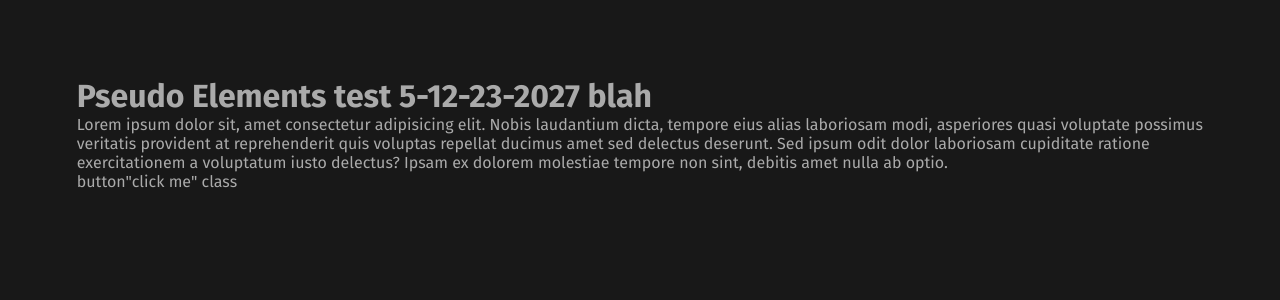
Repository: randy918/grandmaster-js-513
Page: index.html
An editor plug-in stored every save of this project. The page is shown before and after a run of saves, followed by the edit.
The browser window is 1280 px wide. The pictures show the whole page.
The style sheet was rebuilt from its Sass, Less or Tailwind sources for each picture, by a compiler version that may differ from the author's.

Above is the page before, as saved 2023-05-13 12:00:06.

After the next 4 saves:
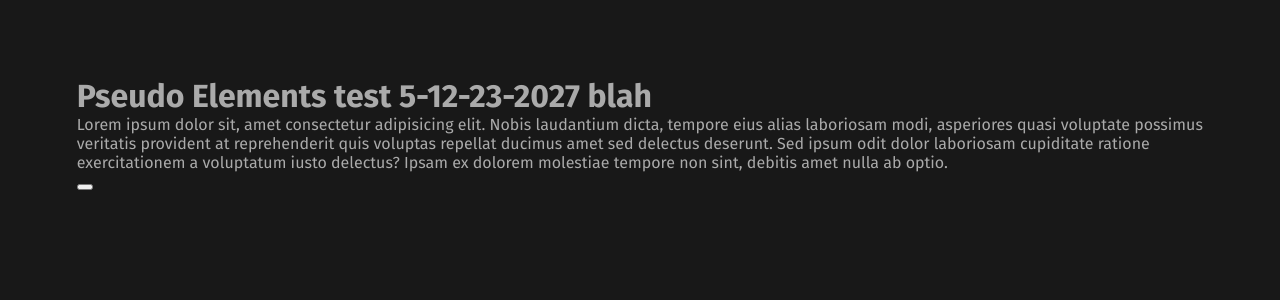
The 4 saves are shown as one change because they came seconds apart.
The last was saved 10 s later.
--- a/index.html
+++ b/index.html
@@ -12,7 +12,7 @@
     <h1 class="heading">Pseudo Elements test 5-12-23-2027 </h1>
    <p>Lorem ipsum dolor sit, amet consectetur adipisicing elit. Nobis laudantium dicta, tempore eius alias laboriosam modi, asperiores quasi voluptate possimus veritatis provident at reprehenderit quis voluptas repellat ducimus amet sed delectus deserunt. Sed ipsum odit dolor laboriosam cupiditate ratione exercitationem a voluptatum iusto delectus? Ipsam ex dolorem molestiae tempore non sint, debitis amet nulla ab optio.
    </p>
-   button"click me" class
+   <button class=""></button>
     <script src="./js/myfunctions.js"></script>
     <script src="./js/index.js"></script>
 </body>
